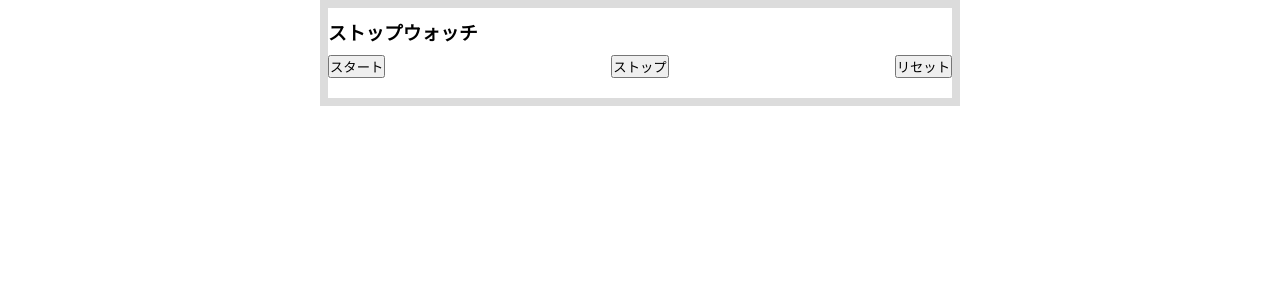
Repository: kenshirou01/TraialStopWatch
Page: kadai2/index.html
The author's editor kept a record of every edit. The page is drawn from the files as they stood at one moment, then again after the next edit.
The browser window is 1280 px wide. The pictures show the whole page.

Above is the page before.
Console error: TypeError: Cannot set properties of null (setting 'disabled')

After the next edit:
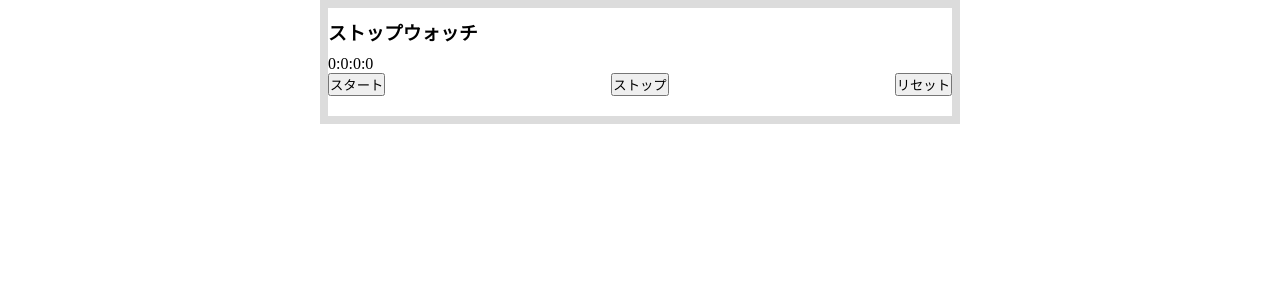
The edit:
--- a/kadai2/index.html
+++ b/kadai2/index.html
@@ -10,6 +10,7 @@
   <div class="continner">
     <h3>ストップウォッチ</h3>
 
+    <div class=timer>0:0:0:0</div>
     <div class="buttons">
       <button class="button_start">スタート</button>
       <button class="button_stop">ストップ</button>
